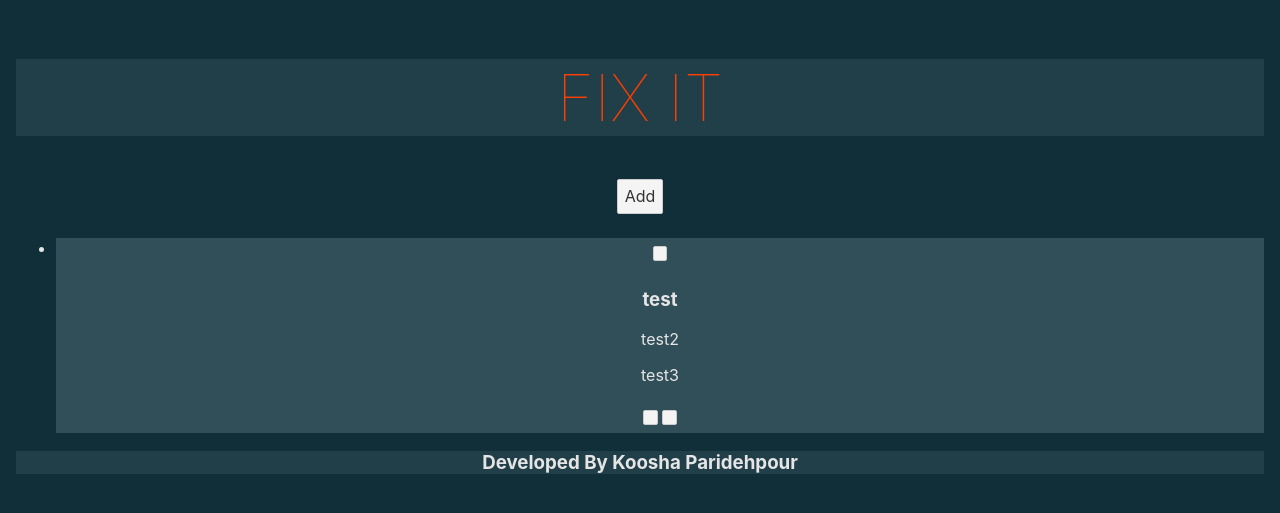
Repository: KooshaPari/fixit-go
Page: / (app in frontend/)
An editor plug-in stored every save of this project. The page is shown before and after the next save, followed by the edit.
The browser window is 1280 px wide. The pictures show the whole page.
The project was rebuilt for these pictures with package versions that can differ from the ones it lists, and the page was loaded fresh each time.

Above is the page before, as saved 2024-09-23 20:51:19.

After the next save:
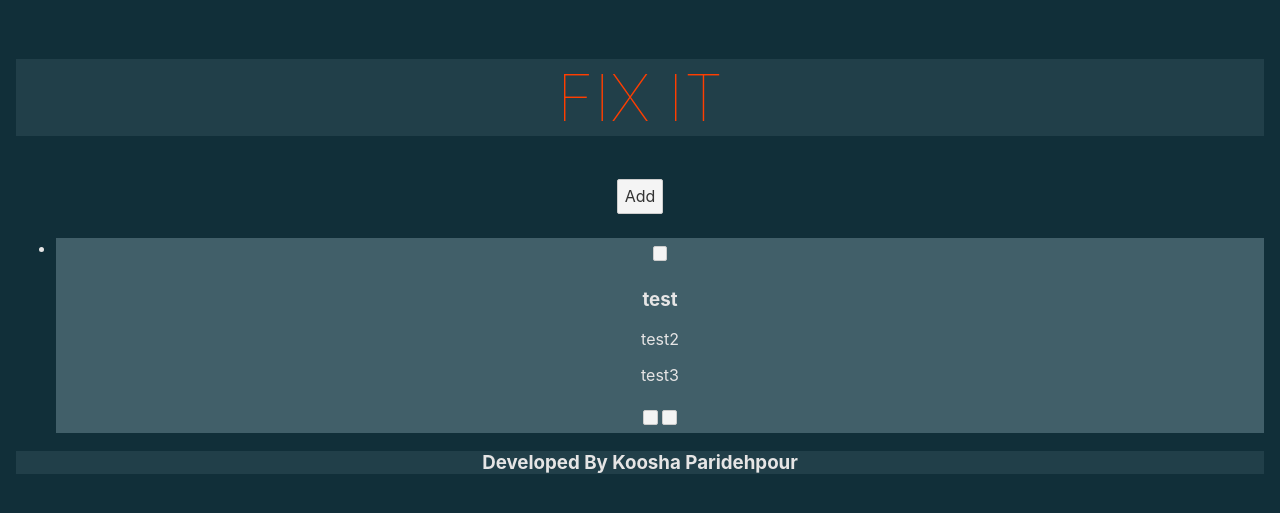
Saved 6 s later.
--- a/frontend/src/App.svelte
+++ b/frontend/src/App.svelte
@@ -99,7 +99,7 @@
 		}
 	}
 	.todoLstItm{
-		background-color: #314f59;
+		background-color: #415f69;
 
 	}
 
